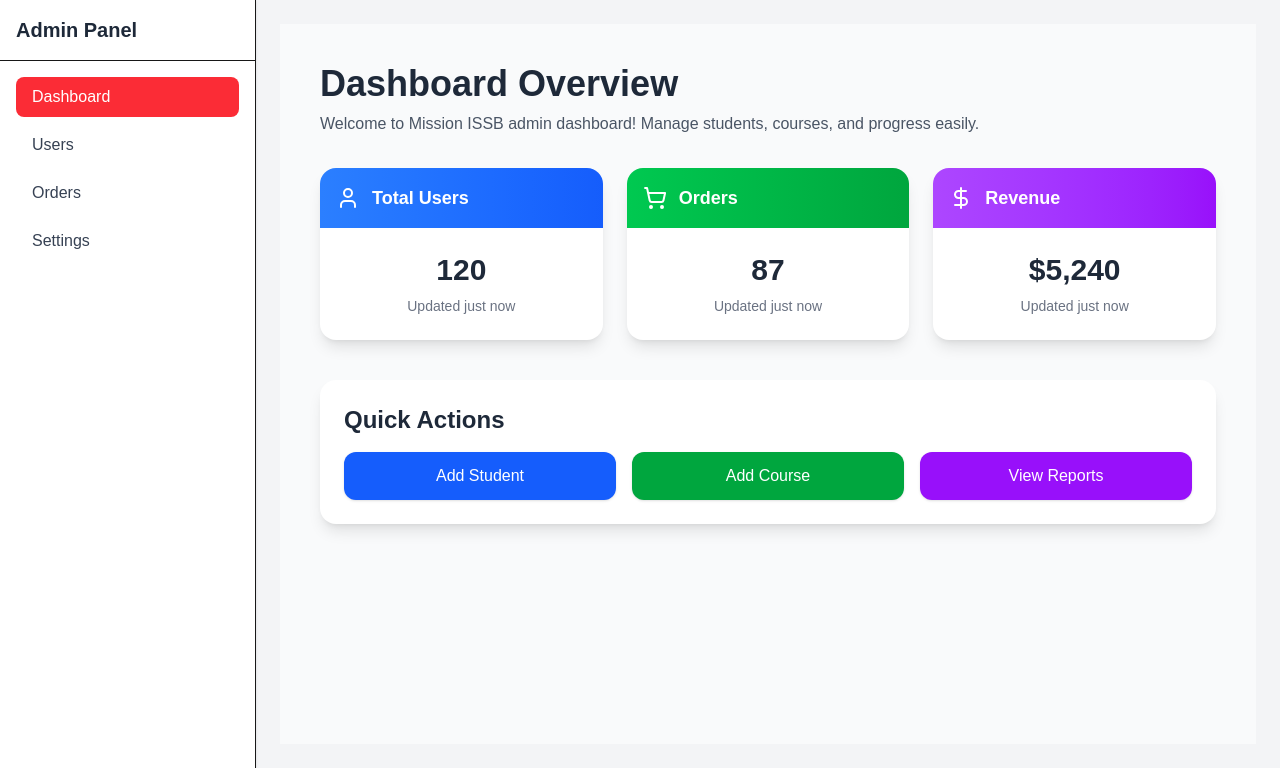
Repository: mdmuhibullahhabib/missionissb
Page: /admin/dashboard
An editor plug-in stored every save of this project. The page is shown before and after the next save, followed by the edit.
The browser window is 1280 px wide. The pictures show the whole page.
The project was rebuilt for these pictures with package versions that can differ from the ones it lists, and the page was loaded fresh each time. The framework's server and built-in components were replaced by stand-ins that run in the browser. Also part of the build but not shown: next.config.mjs, components/shared/Footer.jsx, components/user/UserDrawerMenu.jsx, components/shared/Navbar.jsx.

Above is the page before, as saved 2025-12-09 23:12:04.

After the next save:
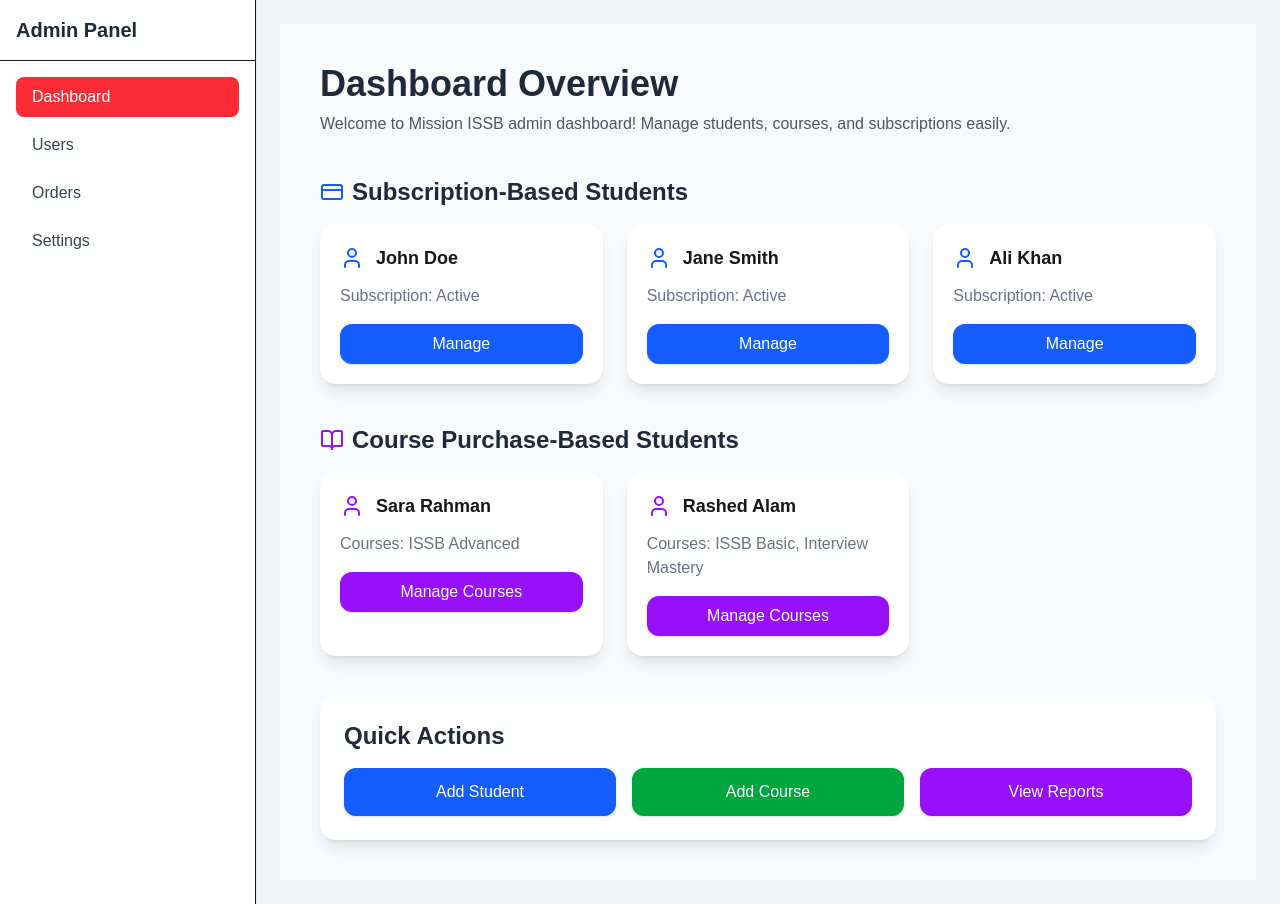
Saved 5 min 30 s later.
--- a/app/admin/dashboard/page.jsx
+++ b/app/admin/dashboard/page.jsx
@@ -1,49 +1,84 @@
 "use client";
 import React from "react";
-import { User, ShoppingCart, DollarSign } from "lucide-react";
+import { User, CreditCard, BookOpen } from "lucide-react";
+
+// Fake data
+const subscriptionStudents = [
+  { id: 1, name: "John Doe", subscription: "Active" },
+  { id: 2, name: "Jane Smith", subscription: "Active" },
+  { id: 3, name: "Ali Khan", subscription: "Active" }
+];
+
+const purchasedStudents = [
+  { id: 1, name: "Sara Rahman", courses: ["ISSB Advanced"] },
+  { id: 2, name: "Rashed Alam", courses: ["ISSB Basic", "Interview Mastery"] }
+];
 
 export default function DashboardPage() {
-  // Fake dashboard data
-  const stats = [
-    { id: 1, title: "Total Users", value: 120, icon: <User className="w-6 h-6" />, color: "from-blue-500 to-blue-600" },
-    { id: 2, title: "Orders", value: 87, icon: <ShoppingCart className="w-6 h-6" />, color: "from-green-500 to-green-600" },
-    { id: 3, title: "Revenue", value: "$5,240", icon: <DollarSign className="w-6 h-6" />, color: "from-purple-500 to-purple-600" }
-  ];
-
   return (
-    <div className="min-h-screen bg-gray-50 p-6 md:p-10">
+    <div className="min-h-screen bg-gray-50 p-6 md:p-10 space-y-10">
       {/* Header */}
-      <div className="mb-8">
+      <div>
         <h1 className="text-4xl font-bold text-gray-800 mb-2">Dashboard Overview</h1>
         <p className="text-gray-600">
-          Welcome to Mission ISSB admin dashboard! Manage students, courses, and progress easily.
+          Welcome to Mission ISSB admin dashboard! Manage students, courses, and subscriptions easily.
         </p>
       </div>
 
-      {/* Stats Cards */}
-      <div className="grid md:grid-cols-3 sm:grid-cols-2 grid-cols-1 gap-6">
-        {stats.map((stat) => (
-          <div
-            key={stat.id}
-            className="bg-white rounded-2xl shadow-lg overflow-hidden transform hover:scale-105 transition-all duration-300"
-          >
-            {/* Gradient Header */}
-            <div className={`bg-gradient-to-r ${stat.color} p-4 flex items-center gap-3`}>
-              <div className="text-white">{stat.icon}</div>
-              <h2 className="text-white font-semibold text-lg">{stat.title}</h2>
+      {/* Subscription-Based Students */}
+      <div>
+        <h2 className="text-2xl font-semibold text-gray-800 mb-4 flex items-center gap-2">
+          <CreditCard className="w-6 h-6 text-blue-600" />
+          Subscription-Based Students
+        </h2>
+        <div className="grid md:grid-cols-3 sm:grid-cols-2 grid-cols-1 gap-6">
+          {subscriptionStudents.map((student) => (
+            <div
+              key={student.id}
+              className="bg-white rounded-2xl shadow-lg p-5 hover:shadow-xl transition transform hover:scale-105"
+            >
+              <div className="flex items-center gap-3 mb-3">
+                <User className="w-6 h-6 text-blue-600" />
+                <h3 className="text-lg font-semibold">{student.name}</h3>
+              </div>
+              <p className="text-gray-500">Subscription: {student.subscription}</p>
+              <button className="mt-4 w-full py-2 bg-blue-600 text-white rounded-xl shadow hover:bg-blue-700 transition">
+                Manage
+              </button>
             </div>
-
-            {/* Value */}
-            <div className="p-6 text-center">
-              <p className="text-3xl font-bold text-gray-800">{stat.value}</p>
-              <p className="text-gray-500 mt-2 text-sm">Updated just now</p>
-            </div>
-          </div>
-        ))}
+          ))}
+        </div>
       </div>
 
-      {/* Optional Section */}
-      <div className="mt-10 bg-white p-6 rounded-2xl shadow-lg">
+      {/* Course Purchase-Based Students */}
+      <div>
+        <h2 className="text-2xl font-semibold text-gray-800 mb-4 flex items-center gap-2">
+          <BookOpen className="w-6 h-6 text-purple-600" />
+          Course Purchase-Based Students
+        </h2>
+        <div className="grid md:grid-cols-3 sm:grid-cols-2 grid-cols-1 gap-6">
+          {purchasedStudents.map((student) => (
+            <div
+              key={student.id}
+              className="bg-white rounded-2xl shadow-lg p-5 hover:shadow-xl transition transform hover:scale-105"
+            >
+              <div className="flex items-center gap-3 mb-3">
+                <User className="w-6 h-6 text-purple-600" />
+                <h3 className="text-lg font-semibold">{student.name}</h3>
+              </div>
+              <p className="text-gray-500">
+                Courses: {student.courses.join(", ")}
+              </p>
+              <button className="mt-4 w-full py-2 bg-purple-600 text-white rounded-xl shadow hover:bg-purple-700 transition">
+                Manage Courses
+              </button>
+            </div>
+          ))}
+        </div>
+      </div>
+
+      {/* Quick Actions */}
+      <div className="bg-white p-6 rounded-2xl shadow-lg">
         <h2 className="text-2xl font-semibold text-gray-800 mb-4">Quick Actions</h2>
         <div className="grid sm:grid-cols-3 grid-cols-1 gap-4">
           <button className="py-3 px-5 bg-blue-600 text-white rounded-xl shadow hover:bg-blue-700 transition">

After the save that followed:
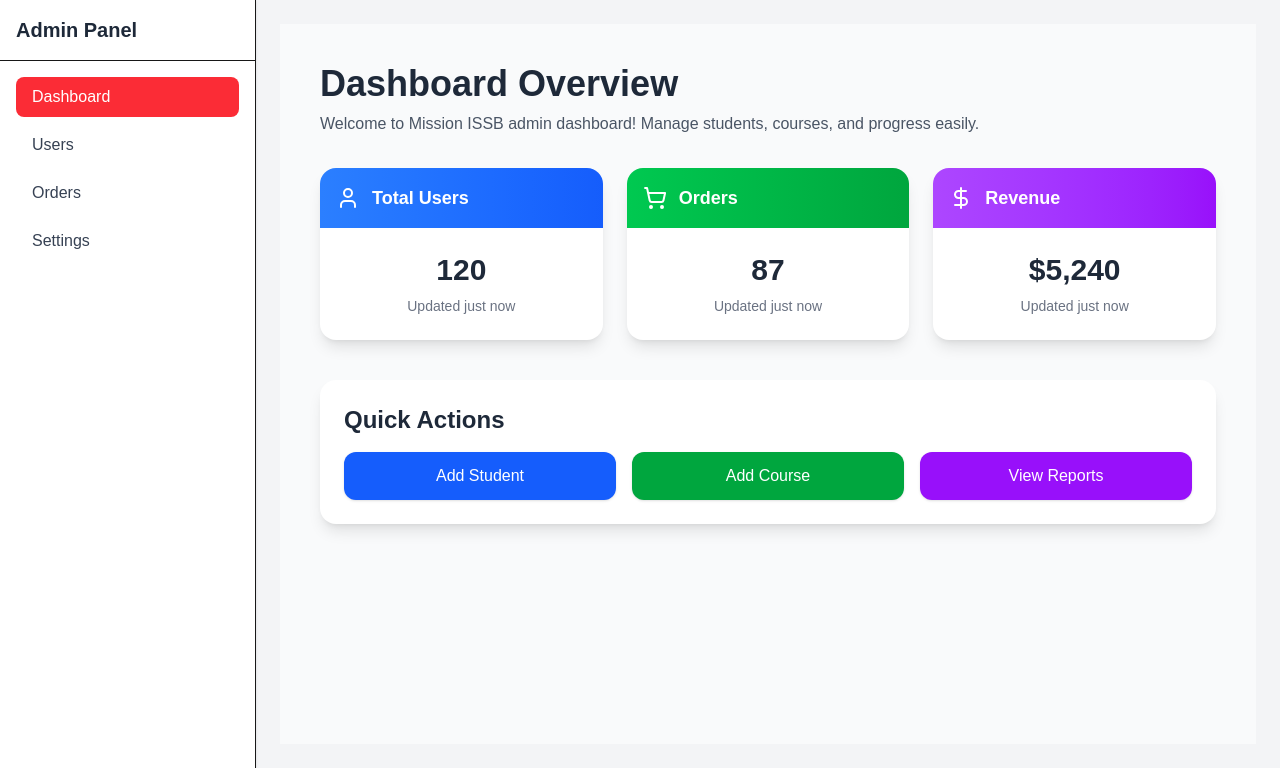
Saved 20 s later.
--- a/app/admin/dashboard/page.jsx
+++ b/app/admin/dashboard/page.jsx
@@ -1,84 +1,49 @@
 "use client";
 import React from "react";
-import { User, CreditCard, BookOpen } from "lucide-react";
-
-// Fake data
-const subscriptionStudents = [
-  { id: 1, name: "John Doe", subscription: "Active" },
-  { id: 2, name: "Jane Smith", subscription: "Active" },
-  { id: 3, name: "Ali Khan", subscription: "Active" }
-];
-
-const purchasedStudents = [
-  { id: 1, name: "Sara Rahman", courses: ["ISSB Advanced"] },
-  { id: 2, name: "Rashed Alam", courses: ["ISSB Basic", "Interview Mastery"] }
-];
+import { User, ShoppingCart, DollarSign } from "lucide-react";
 
 export default function DashboardPage() {
+  // Fake dashboard data
+  const stats = [
+    { id: 1, title: "Total Users", value: 120, icon: <User className="w-6 h-6" />, color: "from-blue-500 to-blue-600" },
+    { id: 2, title: "Orders", value: 87, icon: <ShoppingCart className="w-6 h-6" />, color: "from-green-500 to-green-600" },
+    { id: 3, title: "Revenue", value: "$5,240", icon: <DollarSign className="w-6 h-6" />, color: "from-purple-500 to-purple-600" }
+  ];
+
   return (
-    <div className="min-h-screen bg-gray-50 p-6 md:p-10 space-y-10">
+    <div className="min-h-screen bg-gray-50 p-6 md:p-10">
       {/* Header */}
-      <div>
+      <div className="mb-8">
         <h1 className="text-4xl font-bold text-gray-800 mb-2">Dashboard Overview</h1>
         <p className="text-gray-600">
-          Welcome to Mission ISSB admin dashboard! Manage students, courses, and subscriptions easily.
+          Welcome to Mission ISSB admin dashboard! Manage students, courses, and progress easily.
         </p>
       </div>
 
-      {/* Subscription-Based Students */}
-      <div>
-        <h2 className="text-2xl font-semibold text-gray-800 mb-4 flex items-center gap-2">
-          <CreditCard className="w-6 h-6 text-blue-600" />
-          Subscription-Based Students
-        </h2>
-        <div className="grid md:grid-cols-3 sm:grid-cols-2 grid-cols-1 gap-6">
-          {subscriptionStudents.map((student) => (
-            <div
-              key={student.id}
-              className="bg-white rounded-2xl shadow-lg p-5 hover:shadow-xl transition transform hover:scale-105"
-            >
-              <div className="flex items-center gap-3 mb-3">
-                <User className="w-6 h-6 text-blue-600" />
-                <h3 className="text-lg font-semibold">{student.name}</h3>
-              </div>
-              <p className="text-gray-500">Subscription: {student.subscription}</p>
-              <button className="mt-4 w-full py-2 bg-blue-600 text-white rounded-xl shadow hover:bg-blue-700 transition">
-                Manage
-              </button>
+      {/* Stats Cards */}
+      <div className="grid md:grid-cols-3 sm:grid-cols-2 grid-cols-1 gap-6">
+        {stats.map((stat) => (
+          <div
+            key={stat.id}
+            className="bg-white rounded-2xl shadow-lg overflow-hidden transform hover:scale-105 transition-all duration-300"
+          >
+            {/* Gradient Header */}
+            <div className={`bg-gradient-to-r ${stat.color} p-4 flex items-center gap-3`}>
+              <div className="text-white">{stat.icon}</div>
+              <h2 className="text-white font-semibold text-lg">{stat.title}</h2>
             </div>
-          ))}
-        </div>
+
+            {/* Value */}
+            <div className="p-6 text-center">
+              <p className="text-3xl font-bold text-gray-800">{stat.value}</p>
+              <p className="text-gray-500 mt-2 text-sm">Updated just now</p>
+            </div>
+          </div>
+        ))}
       </div>
 
-      {/* Course Purchase-Based Students */}
-      <div>
-        <h2 className="text-2xl font-semibold text-gray-800 mb-4 flex items-center gap-2">
-          <BookOpen className="w-6 h-6 text-purple-600" />
-          Course Purchase-Based Students
-        </h2>
-        <div className="grid md:grid-cols-3 sm:grid-cols-2 grid-cols-1 gap-6">
-          {purchasedStudents.map((student) => (
-            <div
-              key={student.id}
-              className="bg-white rounded-2xl shadow-lg p-5 hover:shadow-xl transition transform hover:scale-105"
-            >
-              <div className="flex items-center gap-3 mb-3">
-                <User className="w-6 h-6 text-purple-600" />
-                <h3 className="text-lg font-semibold">{student.name}</h3>
-              </div>
-              <p className="text-gray-500">
-                Courses: {student.courses.join(", ")}
-              </p>
-              <button className="mt-4 w-full py-2 bg-purple-600 text-white rounded-xl shadow hover:bg-purple-700 transition">
-                Manage Courses
-              </button>
-            </div>
-          ))}
-        </div>
-      </div>
-
-      {/* Quick Actions */}
-      <div className="bg-white p-6 rounded-2xl shadow-lg">
+      {/* Optional Section */}
+      <div className="mt-10 bg-white p-6 rounded-2xl shadow-lg">
         <h2 className="text-2xl font-semibold text-gray-800 mb-4">Quick Actions</h2>
         <div className="grid sm:grid-cols-3 grid-cols-1 gap-4">
           <button className="py-3 px-5 bg-blue-600 text-white rounded-xl shadow hover:bg-blue-700 transition">
